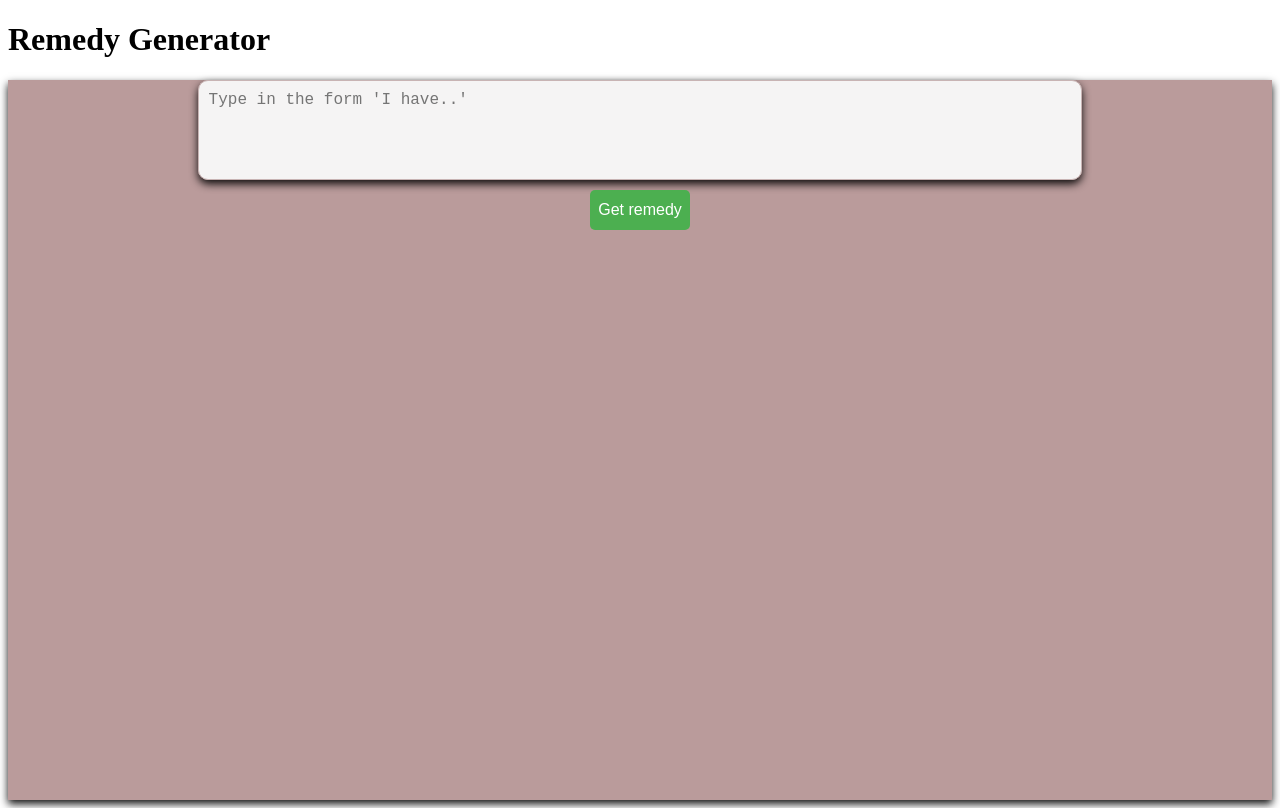
Repository: krutarthh/Ayurvedic-Remedy
Page: index.html
These files come from the project's save history. The page is drawn as it stood at one moment and after the next save; the edit follows.
The browser window is 1280 px wide. The pictures show the whole page.

Above is the page before, as saved 2024-04-06 20:42:02.

### index.html
<!DOCTYPE html>
<html>
  <head>

    <script type="importmap">
      {
        "imports": {
          "@google/generative-ai": "https://esm.run/@google/generative-ai"
        }
      }
    </script>
  </head>
  <body>

    <h1 id="main_title">Remedy Generator</h1>
    <div class="container">
    <link rel="stylesheet" href="app.css">

      <textarea id="user_input" placeholder="Type in the form 'I have..'" type="container"></textarea>




    <button id="Send" type="container">Get remedy</button>

      <br><br
      <textarea id="answer" placeholder="Your remedy"type="container"></textarea>

  </div>
    <script type="module" src="app.js"></script>




</body>
</html>

### app.css
/* app.css */

.container {

    flex-direction: column;
    align-items: center;
    justify-content: center;
    height: 100vh;
    text-align: center;
    background-color:  #ba9b9b;;
    box-shadow: 0 4px 8px rgba(0, 0, 0, 0.931);
}
#user_input,
#answer {
    width: 70%;
    padding: 10px;
    font-size: 16px;
    border: 1px solid #c8b4b4;
   background-color:  #f8f8f8f5;
    border-radius: 10px; /* Add border-radius property with a value of 10px */
    box-sizing: border-box;
    resize: none;
    height: 100px;
    margin: 0 auto;
    display: block;
    box-shadow: 0 4px 8px rgba(0, 0, 0, 0.931);
}

#user_input {
    margin-bottom: 10px;
}

#Send {
    width: 100px;
    height: 40px;
    background-color: #4CAF50;
    color: white;
    border: none;
    border-radius: 5px;
    font-size: 16px;
    cursor: pointer;
}

#answer {
    padding-left: 20px;
    margin-top: 10px;
}

### app.js
import { GoogleGenerativeAI } from "@google/generative-ai";


const API_KEY = "AIzaSyDBtZZsASIYVyQiLgik32sfZeJjd2X8IPQ";


const genAI = new GoogleGenerativeAI(API_KEY);

const model = genAI.getGenerativeModel({ model: "gemini-pro" });


const user_input = document.getElementById("user_input");
const answer_area = document.getElementById("answer");
const send_button = document.getElementById("Send");

send_button.addEventListener("click", async () => {
    const question = user_input.value;
    const answer = await generateText(question + "give me a ayurvedic remidy, the answer should be short and specific behave like a chatbot dont format your answers just give simple text answers.");
    answer_area.textContent = answer;
});

async function generateText(prompt) {

    const result = await model.generateContent(prompt);
    const response = await result.response;
    const text = await response.text();
    return text;
}

After the next save:
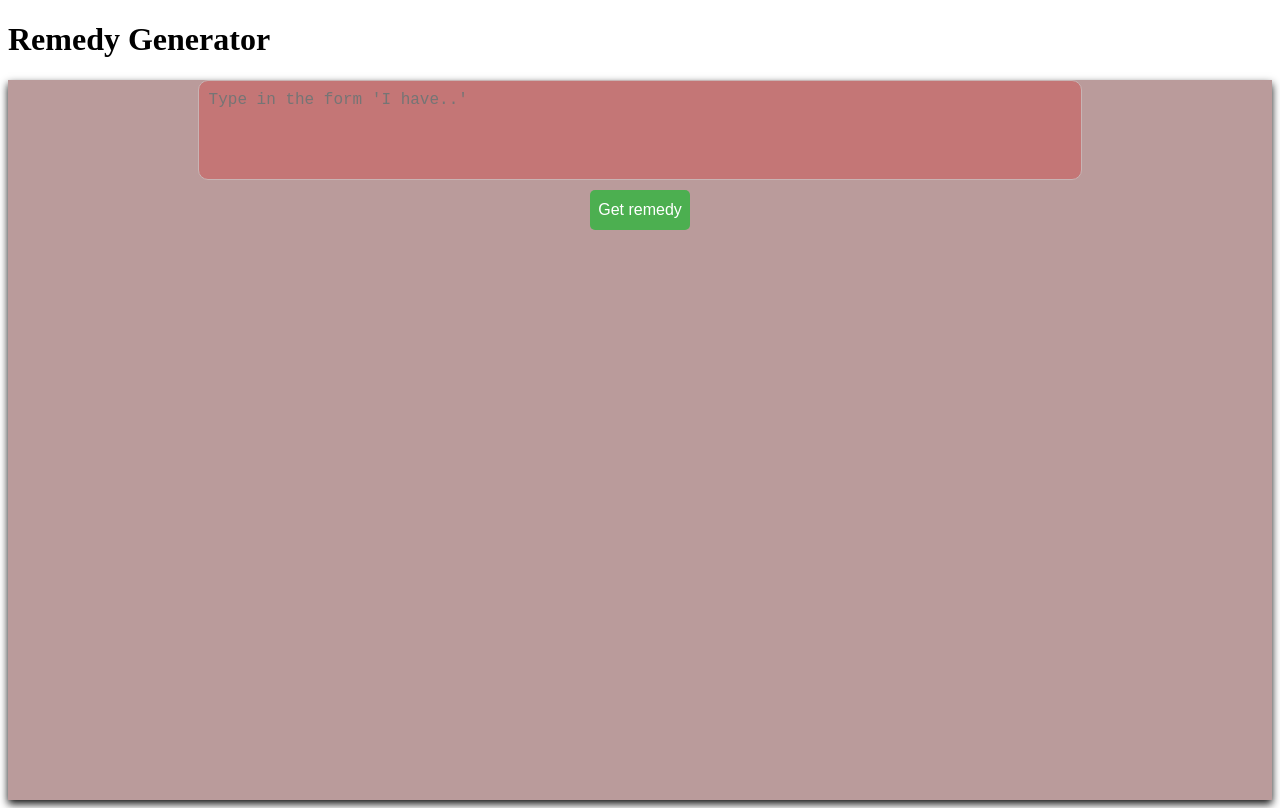
Saved 37 s later.
--- a/app.css
+++ b/app.css
@@ -16,14 +16,13 @@
     padding: 10px;
     font-size: 16px;
     border: 1px solid #c8b4b4;
-   background-color:  #f8f8f8f5;
+   background-color:  #c47676;
     border-radius: 10px; /* Add border-radius property with a value of 10px */
     box-sizing: border-box;
     resize: none;
     height: 100px;
     margin: 0 auto;
     display: block;
-    box-shadow: 0 4px 8px rgba(0, 0, 0, 0.931);
 }
 
 #user_input {
